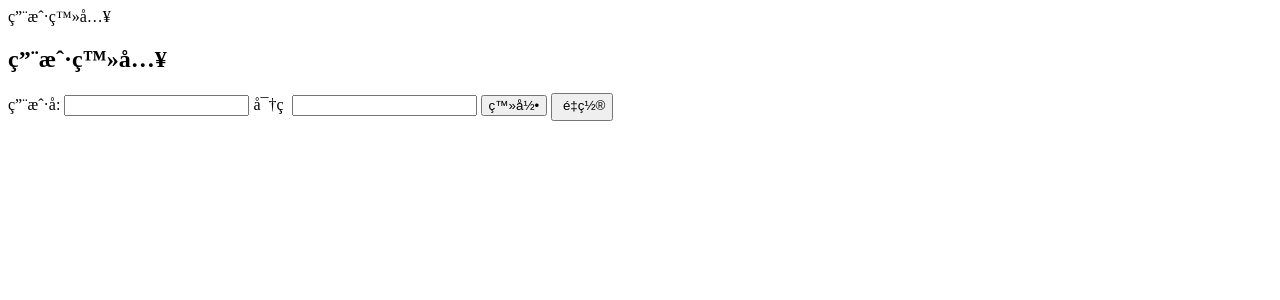
Repository: wikelgc/JSP
Page: http://localhost/chapter_four/
These files come from the project's save history. The page is drawn as it stood at one moment and after the next save; the edit follows.
The browser window is 1280 px wide. The pictures show the whole page.
The page is served by Tomcat 9.

Above is the page before, as saved 2015-05-28 13:54:28.

After the next save:
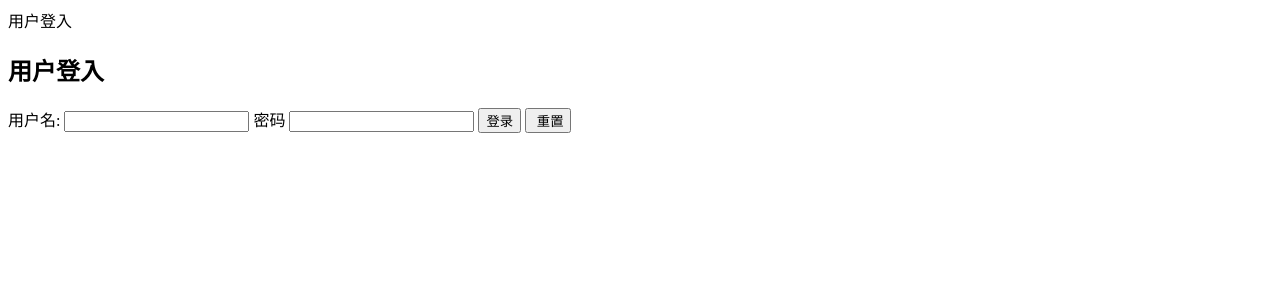
Saved 51 s later.
--- a/chapter_four/WebRoot/index.jsp
+++ b/chapter_four/WebRoot/index.jsp
@@ -1,4 +1,4 @@
-
+<%@page contentType="text/html; charset=UTF-8" language="java"%>
 <html>
 	<head>
 	 	用户登入
